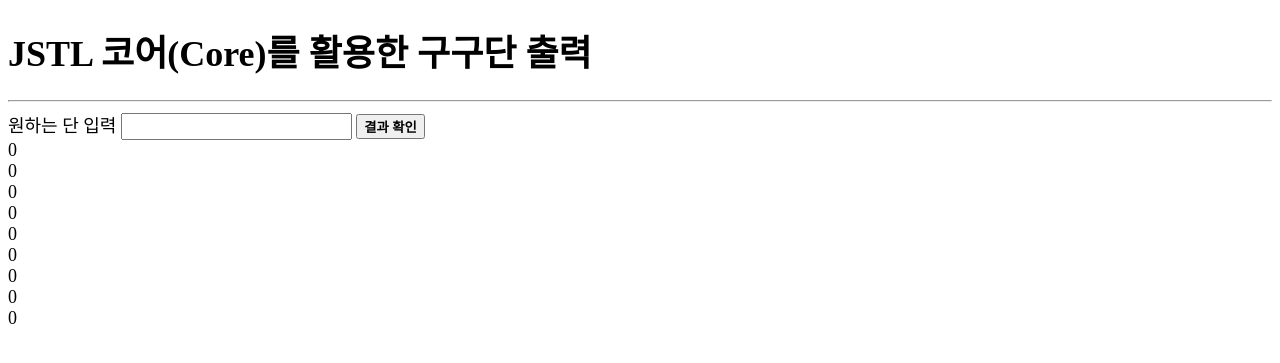
Repository: onpul/Web
Page: http://localhost/WebApp22/Gugudan.jsp
These files come from the project's save history. The page is drawn as it stood at one moment and after the next save; the edit follows.
The browser window is 1280 px wide. The pictures show the whole page.
The page is served by Tomcat 9.

Above is the page before, as saved 2022-04-29 08:00:13.

After the next save:
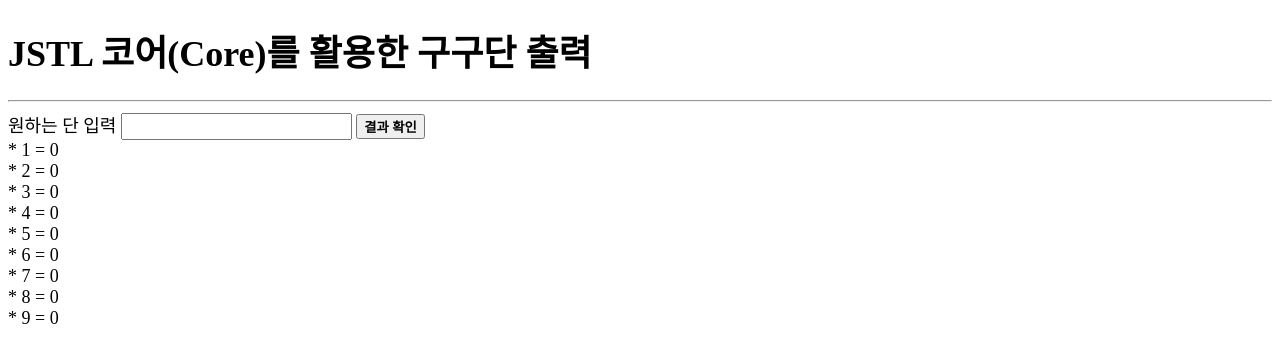
Saved 33 s later.
--- a/WebApp22/WebContent/Gugudan.jsp
+++ b/WebApp22/WebContent/Gugudan.jsp
@@ -32,7 +32,7 @@
 <div>
 	<!-- 결과 처리 -->
 	<c:forEach var="a" begin="1" end="9" step="1">
-		${param.dan * a} <br>
+		${param.dan} * ${a } = ${param.dan * a} <br>
 	</c:forEach>
 </div>
 
